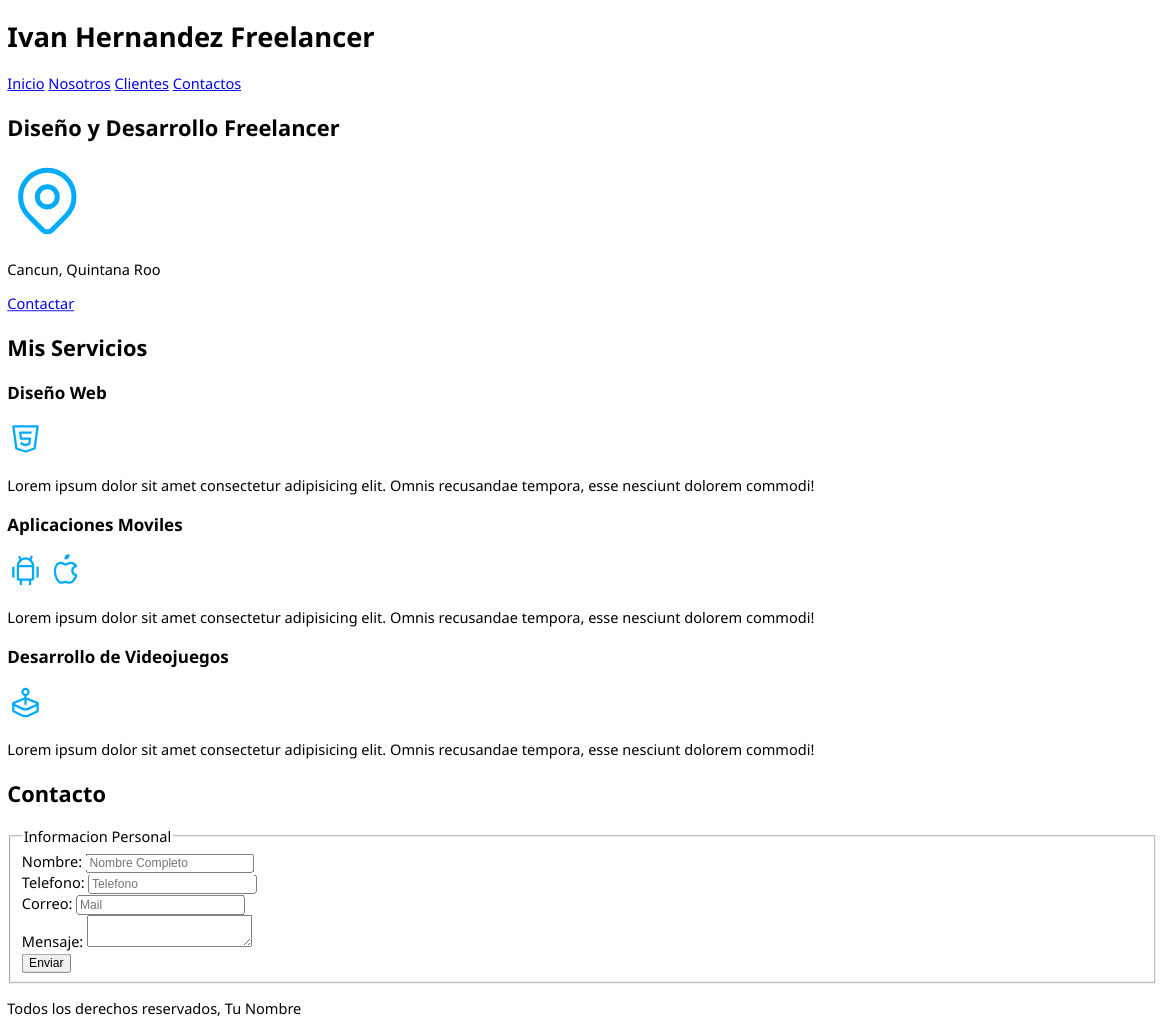
Repository: IvanHernandezMuro/freelance_base
Page: index.html
These files come from the project's save history. The page is drawn as it stood at one moment and after the next save; the edit follows.
The browser window is 1280 px wide. The pictures show the whole page, at 91% of full size.

Above is the page before, as saved 2023-05-08 23:09:53.

### index.html
<!DOCTYPE html>
<html lang="en">
	<head>
		<meta charset="UTF-8" />
		<meta http-equiv="X-UA-Compatible" content="IE=edge" />
		<meta name="viewport" content="width=device-width, initial-scale=1.0" />
		<title>Freelancer</title>
		<!--librerias-->
		<link rel="preconnect" href="https://fonts.googleapis.com" />
		<link rel="preconnect" href="https://fonts.gstatic.com" crossorigin />
		<link
			href="https://fonts.googleapis.com/css2?family=Josefin+Sans:wght@400;700&display=swap"
			rel="stylesheet" />
		<!--Estilos-->
		<link rel="stylesheet" href="./css/styles.css" />
	</head>

	<body>
		<header class="header">
			<h1 class="titulo">Ivan Hernandez <span>Freelancer</span></h1>
		</header>

		<div class="nav-bg">
			<nav class="navegacion-principal contenedor">
				<a href="/">Inicio</a>
				<a href="nosotros.html">Nosotros</a>
				<a href="#">Clientes</a>
				<a href="contacto.html">Contactos</a>
			</nav>
		</div>

		<!-- <img src="img/hero.jpg" alt="Imagen de fondo" width="25%"> -->

		<section class="hero">
			<div class="contenido-hero">
				<h2>Diseño y Desarrollo <span>Freelancer</span></h2>
				<div class="ubicacion">
					<svg
						xmlns="http://www.w3.org/2000/svg"
						class="icon icon-tabler icon-tabler-map-pin"
						width="88"
						height="88"
						viewBox="0 0 24 24"
						stroke-width="1.5"
						stroke="#00abfb"
						fill="none"
						stroke-linecap="round"
						stroke-linejoin="round">
						<path stroke="none" d="M0 0h24v24H0z" fill="none" />
						<circle cx="12" cy="11" r="3" />
						<path
							d="M17.657 16.657l-4.243 4.243a2 2 0 0 1 -2.827 0l-4.244 -4.243a8 8 0 1 1 11.314 0z" />
					</svg>
					<p>Cancun, Quintana Roo</p>
				</div>
				<a href="#" class="boton">Contactar</a>
			</div>
		</section>

		<!--Contenido principal-->
		<main class="contenedor sombra">
			<h2>Mis Servicios</h2>

			<div class="servicios">
				<!-- Proyecto 1 -->
				<section class="servicio">
					<h3>Diseño Web</h3>

					<div class="iconos">
						<svg
							xmlns="http://www.w3.org/2000/svg"
							class="icon icon-tabler icon-tabler-brand-html5"
							width="40"
							height="40"
							viewBox="0 0 24 24"
							stroke-width="1.5"
							stroke="#00abfb"
							fill="none"
							stroke-linecap="round"
							stroke-linejoin="round">
							<path stroke="none" d="M0 0h24v24H0z" fill="none" />
							<path d="M20 4l-2 14.5l-6 2l-6 -2l-2 -14.5z" />
							<path d="M15.5 8h-7l.5 4h6l-.5 3.5l-2.5 .75l-2.5 -.75l-.1 -.5" />
						</svg>
					</div>
					<p>
						Lorem ipsum dolor sit amet consectetur adipisicing elit. Omnis
						recusandae tempora, esse nesciunt dolorem commodi!
					</p>
				</section>

				<!-- Proyecto 2 -->
				<section class="servicio">
					<h3>Aplicaciones Moviles</h3>

					<div class="iconos">
						<svg
							xmlns="http://www.w3.org/2000/svg"
							class="icon icon-tabler icon-tabler-brand-android"
							width="40"
							height="40"
							viewBox="0 0 24 24"
							stroke-width="1.5"
							stroke="#00abfb"
							fill="none"
							stroke-linecap="round"
							stroke-linejoin="round">
							<path stroke="none" d="M0 0h24v24H0z" fill="none" />
							<line x1="4" y1="10" x2="4" y2="16" />
							<line x1="20" y1="10" x2="20" y2="16" />
							<path
								d="M7 9h10v8a1 1 0 0 1 -1 1h-8a1 1 0 0 1 -1 -1v-8a5 5 0 0 1 10 0" />
							<line x1="8" y1="3" x2="9" y2="5" />
							<line x1="16" y1="3" x2="15" y2="5" />
							<line x1="9" y1="18" x2="9" y2="21" />
							<line x1="15" y1="18" x2="15" y2="21" />
						</svg>
						<svg
							xmlns="http://www.w3.org/2000/svg"
							class="icon icon-tabler icon-tabler-brand-apple"
							width="40"
							height="40"
							viewBox="0 0 24 24"
							stroke-width="1.5"
							stroke="#00abfb"
							fill="none"
							stroke-linecap="round"
							stroke-linejoin="round">
							<path stroke="none" d="M0 0h24v24H0z" fill="none" />
							<path
								d="M9 7c-3 0 -4 3 -4 5.5c0 3 2 7.5 4 7.5c1.088 -.046 1.679 -.5 3 -.5c1.312 0 1.5 .5 3 .5s4 -3 4 -5c-.028 -.01 -2.472 -.403 -2.5 -3c-.019 -2.17 2.416 -2.954 2.5 -3c-1.023 -1.492 -2.951 -1.963 -3.5 -2c-1.433 -.111 -2.83 1 -3.5 1c-.68 0 -1.9 -1 -3 -1z" />
							<path d="M12 4a2 2 0 0 0 2 -2a2 2 0 0 0 -2 2" />
						</svg>
					</div>
					<p>
						Lorem ipsum dolor sit amet consectetur adipisicing elit. Omnis
						recusandae tempora, esse nesciunt dolorem commodi!
					</p>
				</section>

				<!-- Proyecto 3 -->
				<section class="servicio">
					<h3>Desarrollo de Videojuegos</h3>

					<div class="iconos">
						<svg
							xmlns="http://www.w3.org/2000/svg"
							class="icon icon-tabler icon-tabler-brand-apple-arcade"
							width="40"
							height="40"
							viewBox="0 0 24 24"
							stroke-width="1.5"
							stroke="#00abfb"
							fill="none"
							stroke-linecap="round"
							stroke-linejoin="round">
							<path stroke="none" d="M0 0h24v24H0z" fill="none" />
							<circle cx="12" cy="5" r="2" />
							<path
								d="M20 12.5v4.75a0.734 .734 0 0 1 -.055 .325a0.704 .704 0 0 1 -.348 .366l-5.462 2.58a4.998 4.998 0 0 1 -4.27 0l-5.462 -2.58a0.705 .705 0 0 1 -.401 -.691l-.002 -4.75" />
							<path
								d="M4.431 12.216l5.634 -2.332a5.065 5.065 0 0 1 3.87 0l5.634 2.332a0.692 .692 0 0 1 .028 1.269l-5.462 2.543a5.064 5.064 0 0 1 -4.27 0l-5.462 -2.543a0.691 .691 0 0 1 .028 -1.27z" />
							<line x1="12" y1="7" x2="12" y2="13" />
						</svg>
					</div>
					<p>
						Lorem ipsum dolor sit amet consectetur adipisicing elit. Omnis
						recusandae tempora, esse nesciunt dolorem commodi!
					</p>
				</section>
			</div>

			<!-- Contacto -->
			<section>
				<h2>Contacto</h2>
				<form class="formulario" action="">
					<!-- Informacion Personal -->
					<fieldset>
						<legend>Informacion Personal</legend>

						<div class="contenedor-campos">
							<div class="campo">
								<label for="name">Nombre: </label>
								<input
									class="input-text"
									type="text"
									id="name"
									placeholder="Nombre Completo"
									required />
							</div>

							<div class="campo">
								<label for="telefono">Telefono: </label>
								<input
									class="input-text"
									type="tel"
									id="telefono"
									placeholder="Telefono"
									required />
							</div>

							<div class="campo">
								<label for="email">Correo: </label>
								<input
									class="input-text"
									type="email"
									id="email"
									placeholder="Mail"
									required />
							</div>

							<div class="campo">
								<label for="text">Mensaje: </label>
								<textarea class="input-text" id="text"></textarea>
							</div>
						</div>

						<div class="alinear-derecha flex">
							<button class="boton w-100" type="submit">Enviar</button>
						</div>
					</fieldset>
					<!-- <input type="submit" value="Enviar" class="boton boton-verde"> -->
				</form>
			</section>
		</main>
		<footer>
			<p>Todos los derechos reservados, Tu Nombre</p>
		</footer>
	</body>
</html>

### css/styles.css
/** Estos son Pseudoselectores **/

:root{                         /*Custom properties*/
    --blanco: #fff;
    --oscuro: #212121;
    --primario: #FFC107;
    --secundario: #0097A7;
    --gris: #757575;
    --fuente-principal: 3.8rem;
    }

html{
    font-size: 62.5%;
    font-family:'Segoe UI', Tahoma, Geneva, Verdana, sans-serif;
}

body{
font-size: 16px;
}

.titulo{
    font-size: 3rem;
}

After the next save:
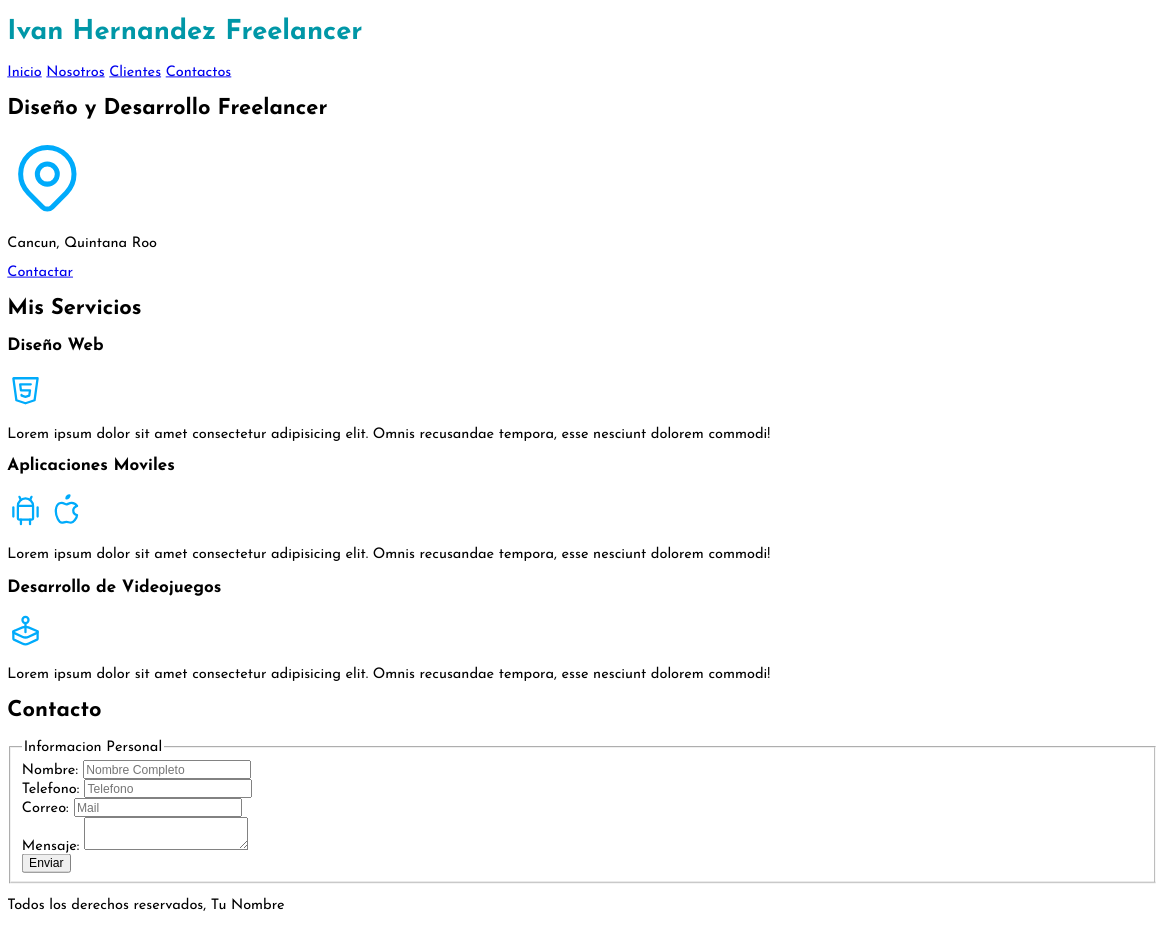
Saved 13 min 21 s later.
--- a/css/styles.css
+++ b/css/styles.css
@@ -16,8 +16,10 @@ html{
 
 body{
 font-size: 16px;
+font-family: 'Josefin Sans', sans-serif;;
 }
 
 .titulo{
     font-size: 3rem;
+    color :var(--secundario)
 }
